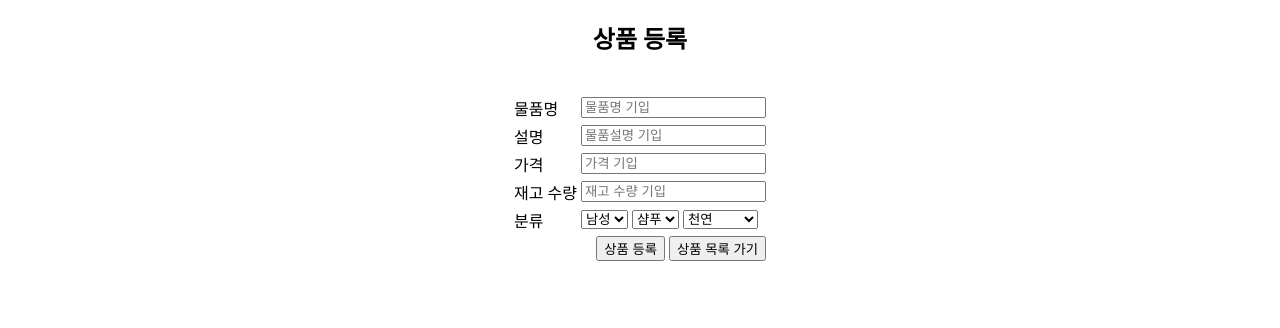
Repository: zxcvb2355/product
Page: http://localhost/product/WEB-INF/view/product/productInsertForm.jsp
An editor plug-in stored every save of this project. The page is shown before and after the next save, followed by the edit.
The browser window is 1280 px wide. The pictures show the whole page.
The page is served by Tomcat 9. Nobody is signed in. The template is opened directly, without the code that normally fills it, so the values that code supplies are empty.

Above is the page before, as saved 2023-02-03 05:50:30.

After the next save:
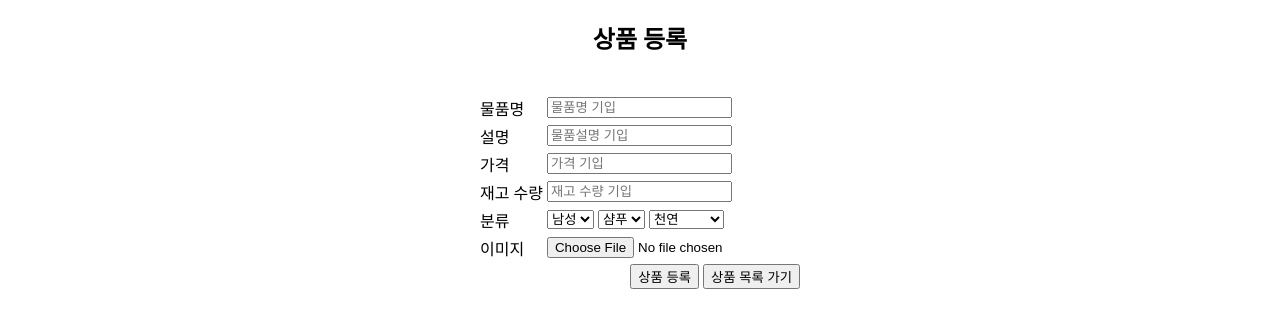
Saved 62 s later.
--- a/product/webapp/WEB-INF/view/product/productInsertForm.jsp
+++ b/product/webapp/WEB-INF/view/product/productInsertForm.jsp
@@ -45,6 +45,10 @@
 </select>
 </td>
 </tr>
+<tr>
+<td>이미지</td>
+<td><input type="file" id="pimage" name="pimage" value="파일 찾아보기"></td>
+</tr>
 
 <tr>
 <td colspan="2" style="text-align:right;"><input type="button" id="insertBtn" value="상품 등록">
